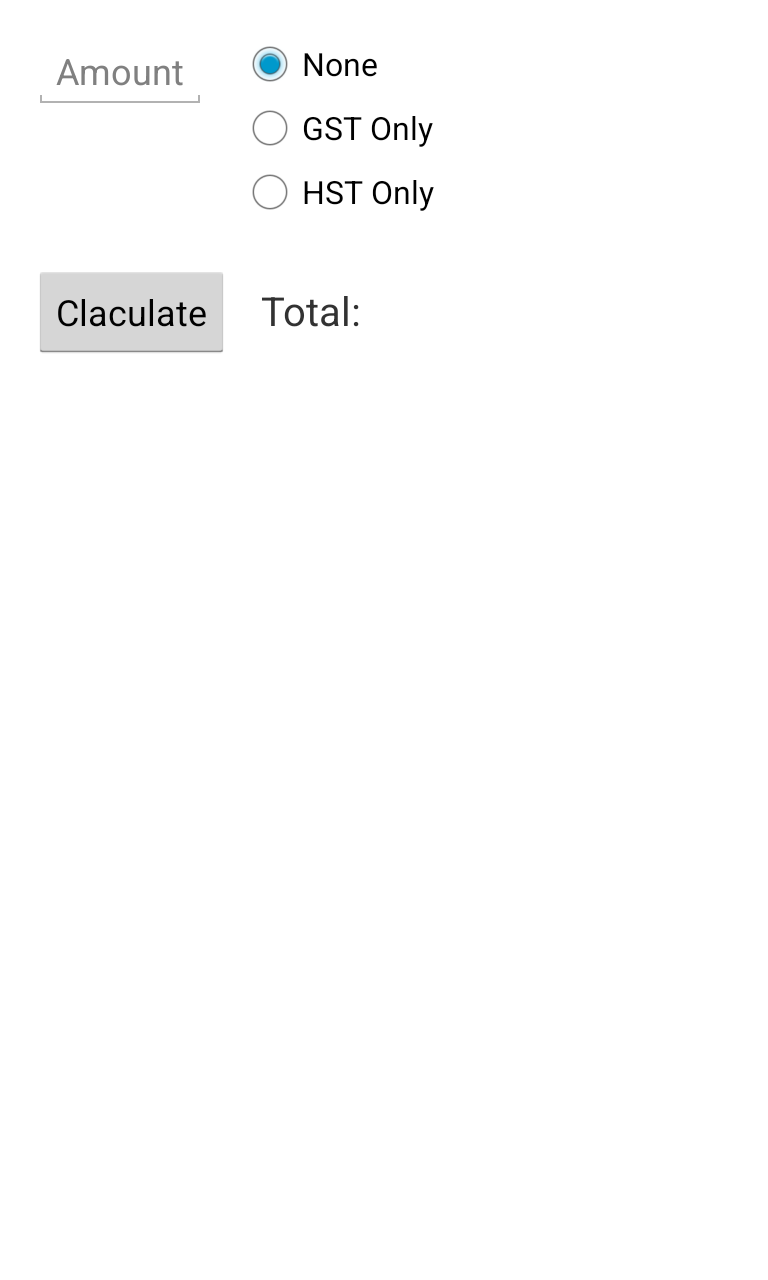
Repository: ericMedeiros93/Android-Dev
Layout: week3_1/res/layout/activity_main.xml
The author's editor kept a copy of each file at every save. The layout is drawn from the files as they stood at one save, then again after the next save.
It is drawn on a 768 x 1280 px phone screen (xhdpi) without system bars, with theme AppTheme; the app's code is not run.

Above is the layout before, as saved 2014-09-17 15:55:04.

### week3_1/res/layout/activity_main.xml
<LinearLayout xmlns:android="http://schemas.android.com/apk/res/android"
    xmlns:tools="http://schemas.android.com/tools"
    android:layout_width="match_parent"
    android:layout_height="match_parent"
    android:orientation="vertical"
    android:paddingBottom="@dimen/activity_vertical_margin"
    android:paddingLeft="@dimen/activity_horizontal_margin"
    android:paddingRight="@dimen/activity_horizontal_margin"
    android:paddingTop="@dimen/activity_vertical_margin"
    tools:context="com.ericmedeiros.week3_1.MainActivity" >

    <LinearLayout
        android:layout_width="match_parent"
        android:layout_height="wrap_content"
        android:orientation="horizontal" >

        <EditText
            android:id="@+id/edtAmount"
            android:layout_width="wrap_content"
            android:layout_height="wrap_content"
            android:hint="Amount" />

        <RadioGroup
            android:layout_width="match_parent"
            android:layout_height="wrap_content"
            android:layout_marginLeft="15dp" >

            <RadioButton
                android:id="@+id/radNone"
                android:layout_width="match_parent"
                android:layout_height="wrap_content"
                android:checked="true"
                android:text="None" />

            <RadioButton
                android:id="@+id/radGst"
                android:layout_width="match_parent"
                android:layout_height="wrap_content"
                android:text="GST Only" />

            <RadioButton
                android:id="@+id/radHst"
                android:layout_width="match_parent"
                android:layout_height="wrap_content"
                android:text="HST Only" />
        </RadioGroup>
    </LinearLayout>

    <LinearLayout
        android:layout_width="match_parent"
        android:layout_height="wrap_content"
        android:layout_marginTop="20dp"
        android:orientation="horizontal" >

        <Button
            android:id="@+id/btnCalculate"
            android:layout_width="wrap_content"
            android:layout_height="wrap_content"
            android:text="Claculate" />

        <TextView
            android:id="@+id/txtTotal"
            android:layout_width="wrap_content"
            android:layout_height="wrap_content"
            android:layout_marginLeft="15dp"
            android:text="Total:"
            android:textSize="20sp" />
    </LinearLayout>

</LinearLayout>

Loaded but not shown: week3_1/res/values/styles.xml (common file); week3_1/res/values-v11/styles.xml (common file); week3_1/res/values-v14/styles.xml (common file); week3_1/res/values/dimens.xml (common file); week3_1/res/values-w820dp/dimens.xml (common file)

After the next save:
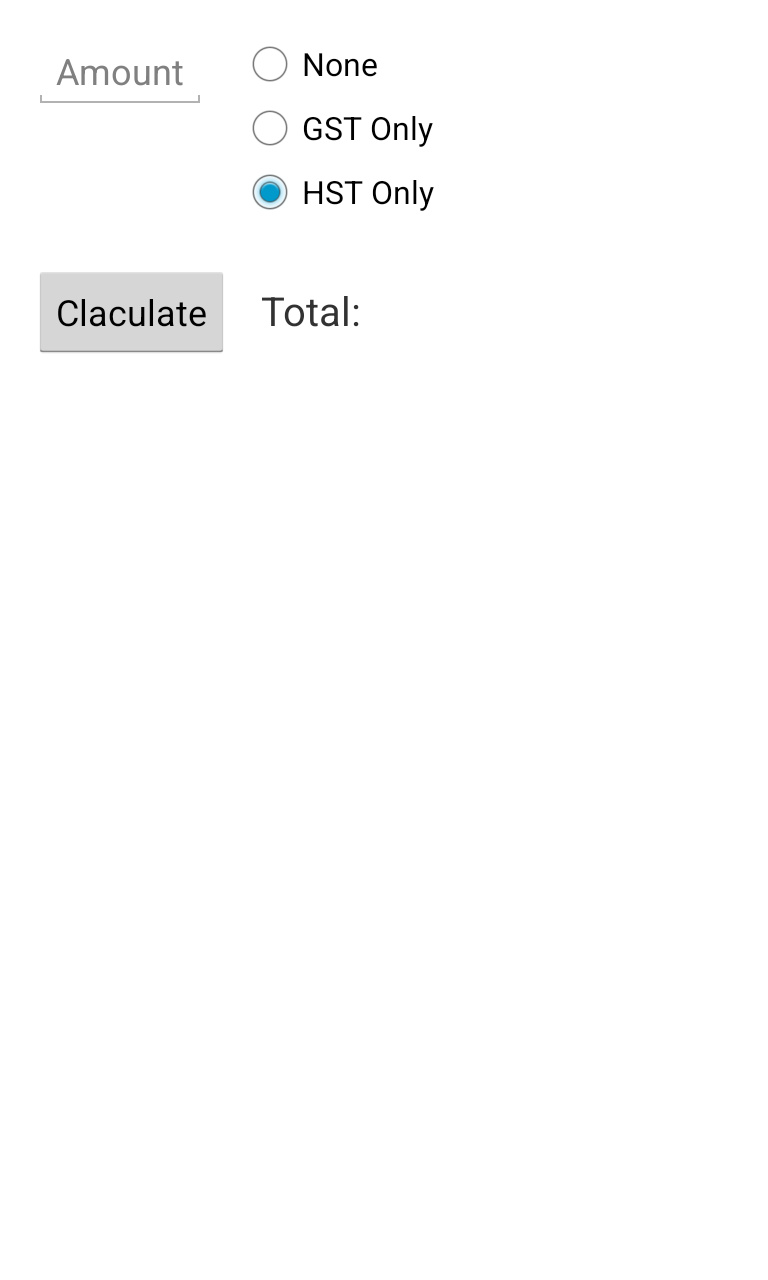
Saved 30 s later.
--- a/week3_1/res/layout/activity_main.xml
+++ b/week3_1/res/layout/activity_main.xml
@@ -29,7 +29,6 @@
                 android:id="@+id/radNone"
                 android:layout_width="match_parent"
                 android:layout_height="wrap_content"
-                android:checked="true"
                 android:text="None" />
 
             <RadioButton
@@ -42,6 +41,7 @@
                 android:id="@+id/radHst"
                 android:layout_width="match_parent"
                 android:layout_height="wrap_content"
+                android:checked="true"
                 android:text="HST Only" />
         </RadioGroup>
     </LinearLayout>
